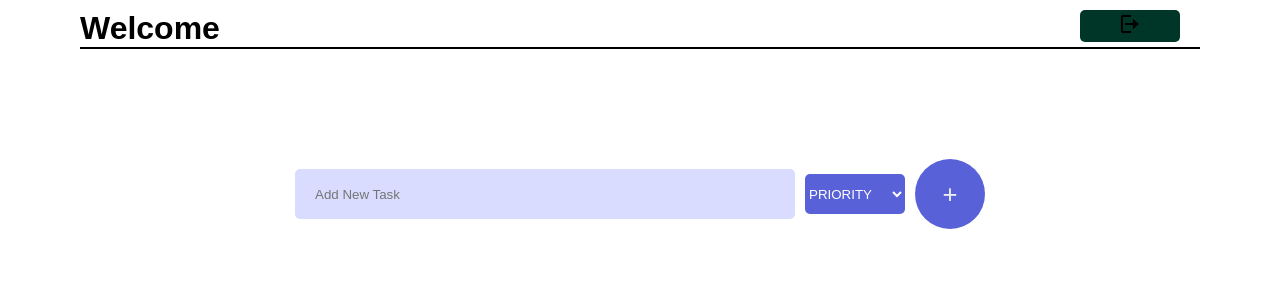
Repository: tebo27cMd/todo_App
Page: /HomePage
These files come from the project's save history. The page is drawn as it stood at one moment and after the next save; the edit follows.
The browser window is 1280 px wide. The pictures show the whole page.
The page's requests for data from a server got no answer. The project was rebuilt for these pictures with package versions that can differ from the ones it lists, and the page was loaded fresh each time. No one was signed in, and anything a server would have sent is missing. Also part of the build but not shown: src/Pages/LoginPage.jsx, src/Pages/SignInPage.jsx.

Above is the page before, as saved 2022-08-23 12:28:00.

### src/App.js
import React, {useState, useEffect} from 'react';
import './App.css';
import LoginPage from './Pages/LoginPage';
import SignInPage from './Pages/SignInPage';
import HomePage from './Pages/HomePage';

import {BrowserRouter as Router,Routes,Route,Link} from "react-router-dom";

//import {collection, getDocs, getDoc, doc, deleteDoc} from 'firebase/firestore'







function App() {


  const [tasks, setTasks] = useState([]);

  const addTasks = ((task, priorityType)=>{
    setTasks((tasks)=>[...tasks, {
      task:task,
      priorityType:priorityType
    }])

    console.log(tasks);
  })
  return (
    <div className="App">

      <Router>
      <Routes>
        <Route exact path="/" element = {<LoginPage/>}></Route>
        <Route path="/SignInPage" element = {<SignInPage/>}></Route>
        <Route exact path="/HomePage" element = {<HomePage/>}></Route>
      </Routes>
    </Router>

    </div>
  );
}

export default App;

### src/App.css
* {
  box-sizing: border-box;
  margin: 0;
  padding: 0;
  font-family: 'Times New Roman', Times, serif;
}

### src/Pages/HomePage.jsx

import React, { useState, useEffect } from "react";

  import '../css/HomePage.css';

  import {db} from '../Config-file/firebase';

  import {addDoc, collection,getDocs} from 'firebase/firestore';
  import CheckCircleIcon from "@mui/icons-material/CheckCircle";


  import logout from '../image/logout.png'





function HomePage() {
  const[task, setTask]= useState('');
  const[priority, setPriority] = useState('');

  const[items, setItem] = useState([]);

  const itemRef =collection(db,"Tasks");

  const getItems = async()=>{
      let data = await getDocs(itemRef);
      setItem(data.docs.map((doc)=>({...doc.data(), id: doc.id})))
  }

  const addItems = async()=>{
     await addDoc(itemRef, {task:task, priority:priority})
     alert("Item added Successfully");
    getItems();
    }


    useEffect(()=>{
      getItems();
   }, [])





    return (
      <div className="AddTask">
          <div className="topPart">
              <h1>Welcome</h1>
              <button><div className="tick"><img src={logout} alt="" /></div></button>
          </div>

          <div className="bottomPart">
            <div className="input-fields">
              <input className="typeTask" type="text" placeholder="Add New Task" onChange={(e)=>setTask(e.target.value)}/>
                <select name="priority" id="priority" onChange={(e)=>setPriority(e.target.value)}>
                    <option value="Priority">PRIORITY</option>
                    <option value="High">High</option>
                    <option value="Medium">Medium</option>
                    <option value="Low">Low</option>

                </select>

                <button className="topBtn" onClick={addItems}>+</button>

            </div>

            <div className="task-list">
            {
                        items.map(item=>((
                            <div className="items" key={item.id}>
                                {
                                    item.priority == "Low" ? (

                                        <div className="item" style={{borderBottom: "3px solid green"}}>
                                        <span>{item.task}</span>
                                        <button className="complete"><div className="CheckLow"><CheckCircleIcon id="i" /></div></button>
                                        </div>

                                    ):item.priority == "Medium" ? (
                                        <div className="item" style={{borderBottom: "3px solid orange"}}>
                                        <span>{item.task}</span>
                                        <button className="complete"><div className="CheckMedium"><CheckCircleIcon id="i" /></div></button>
                                        </div>
                                    ):item.priority == "High" ? (
                                        <div className="item" style={{borderBottom: "3px solid red"}}>
                                        <span>{item.task}</span>
                                        <button className="complete"><div className="CheckHigh"><CheckCircleIcon id="i" /></div></button>

                                        </div>
                                    ):(
                                        <div>

                                        </div>
                                    )
                                }




                            </div>
                        )))
                    }
            </div>

          </div>

      </div>
    )
  }



export default HomePage;

### src/Pages/LoginPage.css
@import url("https://fonts.googleapis.com/css?family=Roboto&display=swap");
:root
{
    --btnGreen: #339eb1;
    --beige: beige;

}

.LoginPage{
    display: grid;
    grid-template-columns: 40% 60%;
    width: 100vw;
    height: 100vh;
    font-family:'Roboto' ;
}

.LoginPage aside{
    background: url(../Images/Ado.jpeg);
    background-size: cover;
}

.LoginPage section{
    display: flex;
    flex-direction: column;
    justify-content: center;
    align-items: center;
    padding: 50px;

}

.LoginPage .welcome{
    margin-top: 20px;
    margin-bottom: 20px;
    font-weight: bolder;
    font-size: 2em;
    font-family:'Roboto' ;
    color: #4c52ac;
}

.LoginPage .paragraph1{
    margin-bottom: 20px;
    font-size: 1.2em;
    color: #4c52ac;
}

.LoginPage .input-control{
    display: flex;
    flex-direction: column;
    align-self: flex-start;
    width: 100%;

}

.LoginPage .input-control label{
    margin-top: 10px;
    margin-bottom: 10px;
    font-size: 1.4em;

}

.LoginPage .input-control input{
    font-size: 1.2em;
    height: 50px;
    padding: 20px 10px 20px 10px;
    margin-top: 10px;
    border: none;
    border-radius: 10px;
    width: 100%;
    background-color: #eee;

}

.LoginPage button{
    width: 300px;
    height: 50px;

}
.LoginPage .lgnBtn:hover{
   background-color:#4c52ac;
   border-color: #7bff00;
}
.LoginPage .lgnBtn{
    margin-top: 50px;
    border-radius: 5px;
    border: none;
    background-color: var(--btnGreen);
    font-size: 1em;
    cursor: pointer;
    color: white;
}

.LoginPage .create{
    font-family:'Roboto' ;
    margin-top: 30px;
}


Link{
    color: var(--btnGreen);
}

.LoginPage .or{
    font-weight: lighter;
    font-size: 1em;
    margin: 20px;
}

.LoginPage .signBtn{

    margin: 20px;
    padding-right: 20px;
    border-radius: 5px;
    border-color: #4c52ac;
    cursor: pointer;
    background-color: white;
    border-radius: 7px;
}



.logo{
    display: flex;
    flex-direction: row;
    justify-content: center;

}

.logo img{
    width: 50px;
    height: 30px;
    padding-left: 10px;
}

.logo span{
    padding-top: 7px;
}

### src/Config-file/firebase.js
// Import the functions you need from the SDKs you need
import { initializeApp } from "firebase/app";
import { getFirestore } from "@firebase/firestore";
import {getAuth} from 'firebase/auth';

const firebaseConfig = {
  apiKey: "AIzaSyB44VhlyOGLme-EDCUVNbbB2UbazBO3qIY",
  authDomain:  "todo-433b6.firebaseapp.com",
  projectId:"todo-433b6",
  storageBucket: "todo-433b6.appspot.com",
  messagingSenderId: "23893463738",
  appId:"1:23893463738:web:7b7d1fefeddfc1abce6883",
  measurementId: "G-QQNBP66G32"
};

// Initialize Firebase
const app = initializeApp(firebaseConfig);
const db = getFirestore(app);
const auth = getAuth(app);
export  {auth, db};

### src/css/HomePage.css


*{
    box-sizing:border-box;
    margin: 0;
    padding: 0;
    font-family: sans-serif;
}


.topPart{
    display: flex;
    justify-content: space-between;
    margin: 10px 80px;
    border-bottom: 2px solid black;

}

.topPart button{
    width: 100px;
    margin:0px 20px 5px 0px;
    border-radius: 5px;
    border: none;
    background-color: #003627;
    cursor: pointer;
    color: white;
    font-size: 1.2em;

}
.topPart img {
    height: 20px;
}

.topPart button:hover{
    background-color: rgba(245, 27, 27, 0.815);
    color: black;
}

.bottomPart{
    display: flex;
    flex-direction: column;
    justify-content: center;
    align-items: center;
    margin-top: 80px;
}

.bottomPart input{
    margin-right: 10px;
    height: 50px;
    width: 500px;
    padding-left: 20px;
    border: none;
    background-color: #d9dcff;
    border-radius: 5px;

}

.bottomPart select{
    margin-right: 10px;
    height: 40px;
    width: 100px;
    border: none;
    background-color: #5861d8;
    border-radius: 5px;
    color: white;
}

.bottomPart .topBtn{
    height: 70px;
    width: 70px;
    border-radius: 50px;
    border: none;
    color: #eee;
    font-size: 1.6em;
    background-color: #5861d8;
    cursor: pointer;

}
.bottomPart .CheckHigh{
    border-radius: 50px;
    border: none;
    background-color: #5861d8;
    color: rgb(255, 255, 255);
    font-size: 1.6em;
    cursor: pointer;
}
.bottomPart .CheckHigh:hover{
    background-color: red;
}
.bottomPart .CheckMedium{
    border-radius: 50px;
    border: none;
    background-color: #5861d8;
    color: rgb(255, 255, 255);
    font-size: 1.6em;
    cursor: pointer;
}
.bottomPart .CheckMedium:hover{
    background-color: yellow;
}
.bottomPart .CheckLow{
    border-radius: 50px;
    border: none;
    background-color: #5861d8;
    color: rgb(255, 255, 255);
    font-size: 1.6em;
    cursor: pointer;
}
.bottomPart .CheckLow:hover{
    background-color: green;
}

.bottomPart button:hover{
    background-color: #776e7625;
    color: black;
}

input{
height: 90px;
}
.input-fields {
    display: flex;
    align-items: center;
    height: 130px;

}

/* Task list*/


.task-list{
    width: 600px;
    margin-right: 60px;

}

.item{
    display: flex;
    text-align: center;
    justify-content: space-between;
    padding: 10px;
    border-radius: 5px;
    border: none;
    box-shadow: 2px 2px 5px 0px rgb(123, 126, 173);
    background-color: #ecedfd;
}
.items{
    padding: 5px 0;
}
.item button{
    border: none;
    border-radius: 50px;
    width: 80px;
    height: 40px;
    font-size: 20px;
    cursor: pointer;

}

Loaded but not shown: public/index.html (common file); src/index.js (common file); src/reportWebVitals.js (common file)

After the next save:
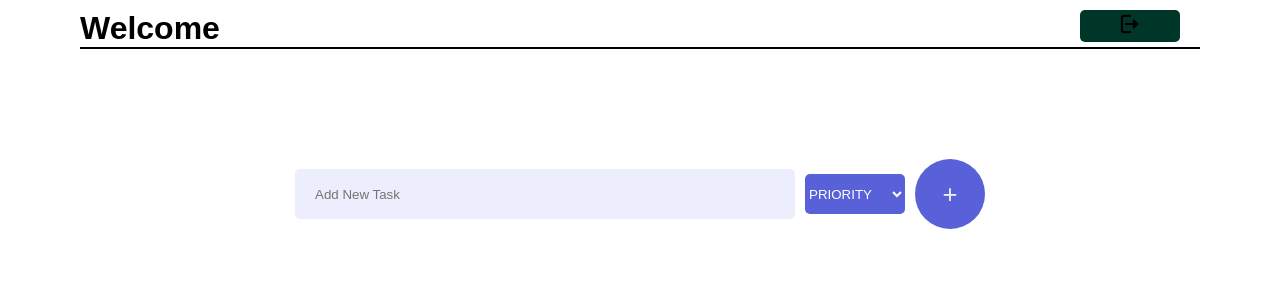
Saved 11 s later.
--- a/src/css/HomePage.css
+++ b/src/css/HomePage.css
@@ -50,7 +50,7 @@
     width: 500px;
     padding-left: 20px;
     border: none;
-    background-color: #d9dcff;
+    background-color: #ecedfd;
     border-radius: 5px;
 
 }
